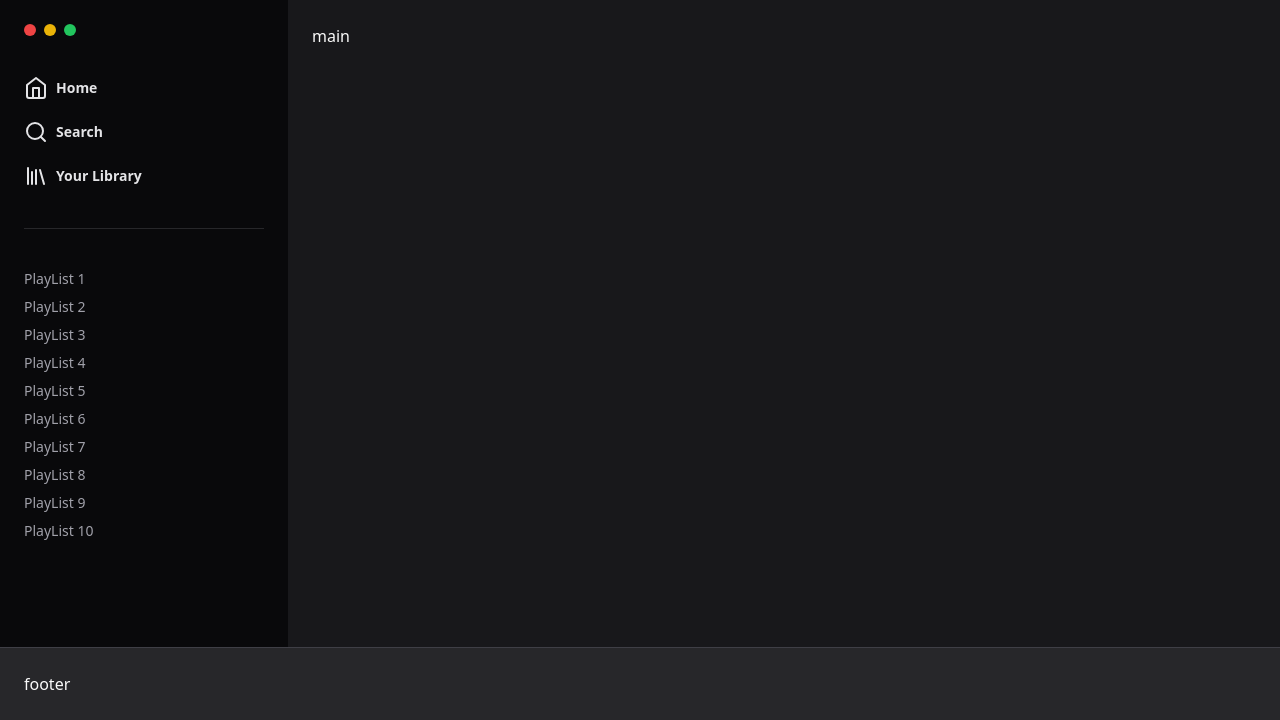
Repository: guilhermecardoso93/tailwind-spotify
Page: /
The author's editor kept a copy of each file at every save. The page is drawn from the files as they stood at one save, then again after the next save.
The browser window is 1280 px wide. The pictures show the whole page.
The project was rebuilt for these pictures with package versions that can differ from the ones it lists, and the page was loaded fresh each time. The framework's server and built-in components were replaced by stand-ins that run in the browser. Also part of the build but not shown: next.config.js.

Above is the page before, as saved 2023-04-15 20:09:18.

### src/app/layout.tsx
import './globals.css'

export const metadata = {
  title: 'Spotify',
  description: 'Music!',
}

export default function RootLayout({
  children,
}: {
  children: React.ReactNode
}) {
  return (
    <html lang="en">
      <body className="bg-zinc-900 text-zinc-50">{children}</body>
    </html>
  )
}

### src/app/page.tsx
import { Home as HomeIcon, Search, Library } from "lucide-react";
export default function Home() {
  return (
    <div className="h-screen flex flex-col">
      <div className="flex flex-1">
        <aside className="w-72 bg-zinc-950 p-6">
          <div className="flex items-center gap-2">
            <div className="w-3 h-3 bg-red-500 rounded-full"></div>
            <div className="w-3 h-3 bg-yellow-500 rounded-full"></div>
            <div className="w-3 h-3 bg-green-500 rounded-full"></div>
          </div>
          <nav className="space-y-5 mt-10">
            <a
              href=""
              className="flex items-center gap-2 text-sm font-semibold text-zinc-200"
            >
              <HomeIcon /> Home
            </a>
            <a
              href=""
              className="flex items-center gap-2 text-sm font-semibold text-zinc-200"
            >
              {" "}
              <Search /> Search
            </a>
            <a
              href=""
              className="flex items-center gap-2 text-sm font-semibold text-zinc-200"
            >
              {" "}
              <Library /> Your Library
            </a>
          </nav>

          <nav className="mt-10 pt-10 border-t border-zinc-800 flex flex-col gap-2">
            <a href="" className='text-sm text-zinc-400 hover:text-zinc-100'>PlayList 1</a>
            <a href="" className='text-sm text-zinc-400 hover:text-zinc-100'>PlayList 2</a>
            <a href="" className='text-sm text-zinc-400 hover:text-zinc-100'>PlayList 3</a>
            <a href="" className='text-sm text-zinc-400 hover:text-zinc-100'>PlayList 4</a>
            <a href="" className='text-sm text-zinc-400 hover:text-zinc-100'>PlayList 5</a>
            <a href="" className='text-sm text-zinc-400 hover:text-zinc-100'>PlayList 6</a>
            <a href="" className='text-sm text-zinc-400 hover:text-zinc-100'>PlayList 7</a>
            <a href="" className='text-sm text-zinc-400 hover:text-zinc-100'>PlayList 8</a>
            <a href="" className='text-sm text-zinc-400 hover:text-zinc-100'>PlayList 9</a>
            <a href="" className='text-sm text-zinc-400 hover:text-zinc-100'>PlayList 10</a>
          </nav>
        </aside>
        <main className="flex-1 p-6">main</main>
      </div>
      <footer className="bg-zinc-800 border-t border-zinc-700 p-6">
        footer
      </footer>
    </div>
  );
}

Loaded but not shown: src/app/globals.css (common file); tailwind.config.js (common file)

After the next save:
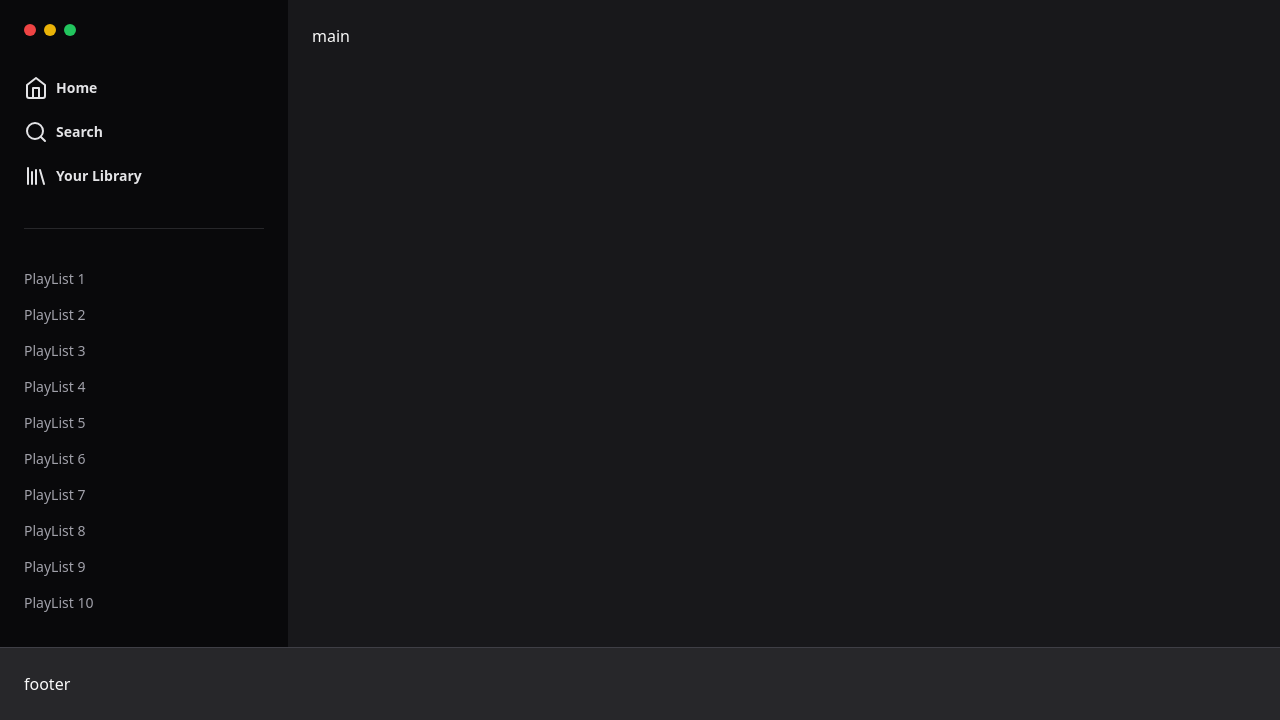
Saved 15 s later.
--- a/src/app/page.tsx
+++ b/src/app/page.tsx
@@ -32,7 +32,7 @@
             </a>
           </nav>
 
-          <nav className="mt-10 pt-10 border-t border-zinc-800 flex flex-col gap-2">
+          <nav className="mt-10 pt-10 border-t border-zinc-800 flex flex-col gap-4">
             <a href="" className='text-sm text-zinc-400 hover:text-zinc-100'>PlayList 1</a>
             <a href="" className='text-sm text-zinc-400 hover:text-zinc-100'>PlayList 2</a>
             <a href="" className='text-sm text-zinc-400 hover:text-zinc-100'>PlayList 3</a>
